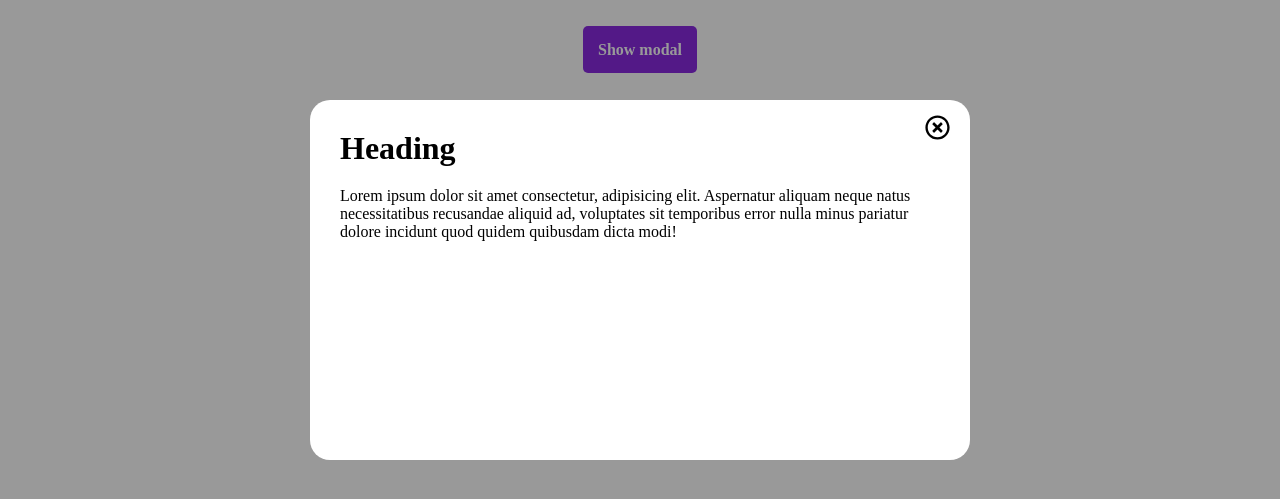
Repository: AnhTuan191298/sent-file-hoang
Page: js_modal/index.html
An editor plug-in stored every save of this project. The page is shown before and after the next save, followed by the edit.
The browser window is 1280 px wide. The pictures show the whole page.

Above is the page before, as saved 2021-02-01 14:59:11.

After the next save:
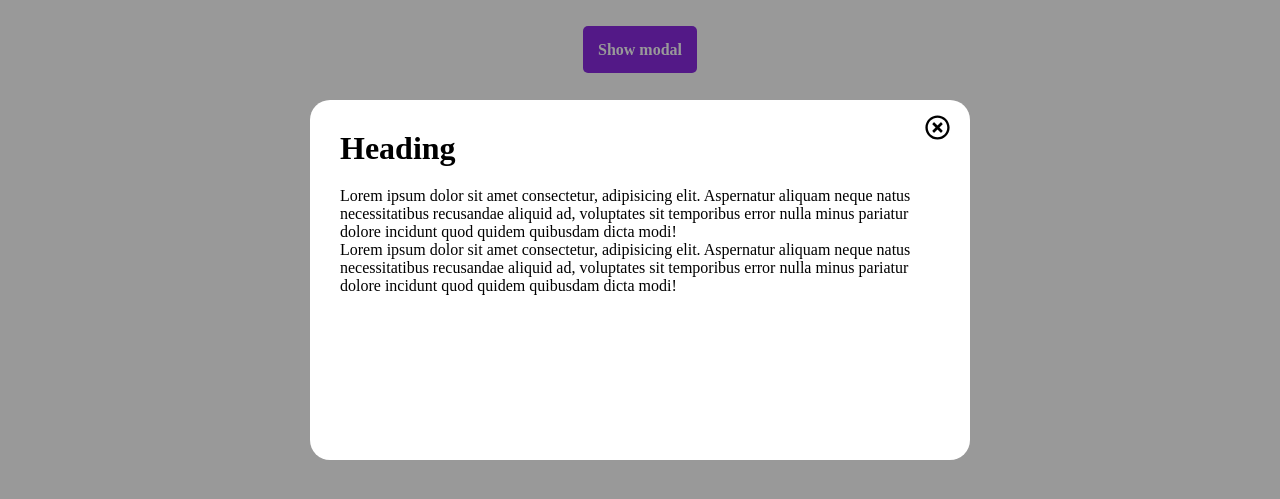
Saved 21 s later.
--- a/js_modal/index.html
+++ b/js_modal/index.html
@@ -83,6 +83,10 @@
                         Aspernatur aliquam neque natus necessitatibus recusandae aliquid ad,
                         voluptates sit temporibus error nulla minus pariatur dolore
                         incidunt quod quidem quibusdam dicta modi!</p>
+                    <p>Lorem ipsum dolor sit amet consectetur, adipisicing elit.
+                        Aspernatur aliquam neque natus necessitatibus recusandae aliquid ad,
+                        voluptates sit temporibus error nulla minus pariatur dolore
+                        incidunt quod quidem quibusdam dicta modi!</p>
                 </div>
             </div>
         </div>
